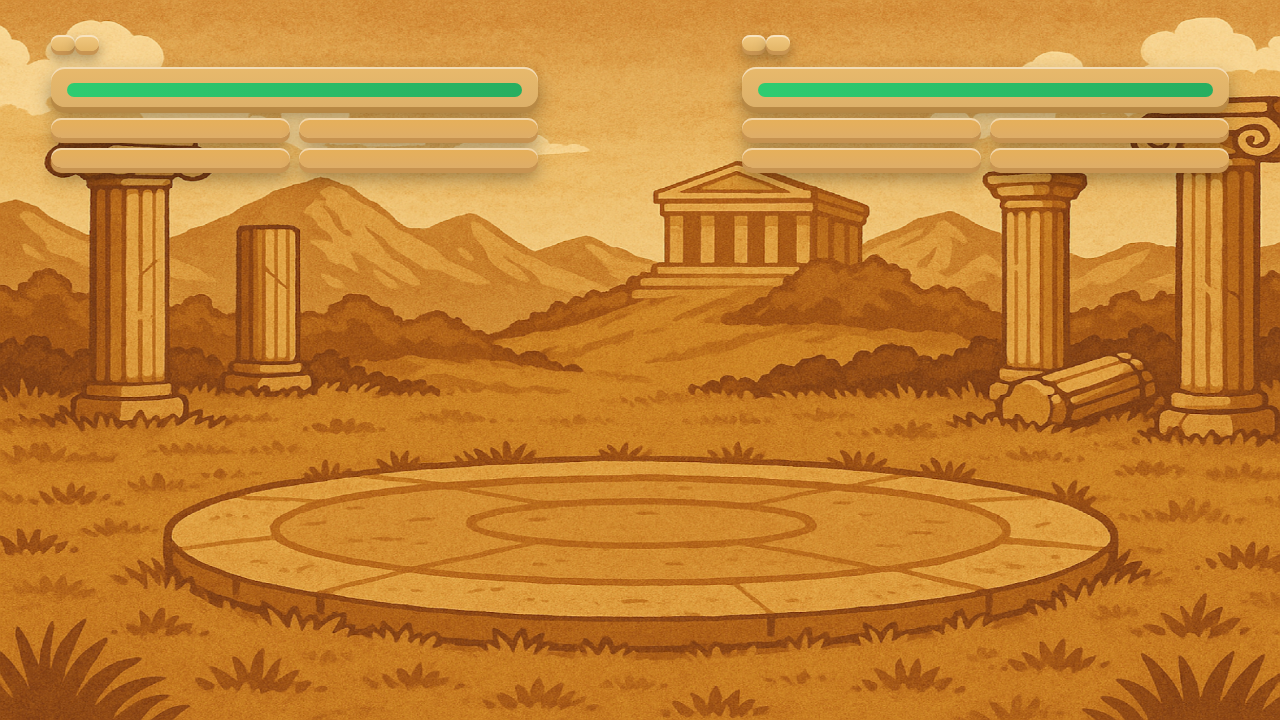
Repository: brianabariteau/Web-1-Final-Project-2025
Page: features/game/game.html
The author's editor kept a copy of each file at every save. The page is drawn from the files as they stood at one save, then again after the next save.
The browser window is 1280 px wide. The pictures show the whole page.
Some web fonts or font styles are not loaded; a fallback is used.

Above is the page before, as saved 2025-12-23 18:29:26.

### features/game/game.html
<!DOCTYPE html>
<html lang="en">
  <head>
    <meta charset="UTF-8" />
    <meta name="viewport" content="width=device-width, initial-scale=1.0" />
    <title>MythoBattle Game</title>
    <link
      rel="icon"
      type="image/x-icon"
      href="../../assets/characters/zeus.png"
    />
    <script type="module" defer src="./game.js"></script>
    <link rel="stylesheet" href="./game.css" />
    <script
      src="https://code.jquery.com/jquery-3.7.1.min.js"
      integrity="sha256-/JqT3SQfawRcv/BIHPThkBvs0OEvtFFmqPF/lYI/Cxo="
      crossorigin="anonymous"
    ></script>
    <link
      href="https://fonts.googleapis.com/css2?family=Jersey+25&display=swap"
      rel="stylesheet"
    />
  </head>
  <body></body>
</html>

### features/game/game.js
"use strict";

import { CHARACTER_MOVES } from "../../constants/character-movesets.js";
let mode = localStorage.getItem("mode");
let player1Character = JSON.parse(localStorage.getItem("player1Character"));
let player2Character = JSON.parse(localStorage.getItem("player2Character"));

// * Functions
function renderCharacterHealth(character) {
  return `
    <div class="character">
      <div class="inner-character">
        <h1>${character.name}</h1> NAME
        <h2>${character.hp}</h2> HEALTH
      </div>
    </div>
  `;
}

function renderCharacterAbilities(character) {
  return `
    <div class="character">
      <div class="inner-character">
        <p>${CHARACTER_MOVES[character.name].ability1name}</p> ABILITY 1
        <p>${CHARACTER_MOVES[character.name].ability2name}</p> ABILITY 2
      </div>
    </div>
  `;
}

function updateGameDisplay() {
  if (!Array.isArray(characters) || characters.length === 0) return;

  // ? Player 1
  player1Name.text(player1Name.name);
  player1Move1.text(CHARACTER_MOVES[player1Name].move1name);
  player1Move2.text(CHARACTER_MOVES[player1Name].move2name);
  player1Move3.text(CHARACTER_MOVES[player1Name].move3name);
  player1Move4.text(CHARACTER_MOVES[player1Name].move4name);
  player1ability1.text(CHARACTER_MOVES[player1Name].ability1name);
  player1ability2.text(CHARACTER_MOVES[player1Name].ability2name);

  // ? Player 2
  player2Name.text(player2Name.name);
  player2Move1.text(CHARACTER_MOVES[player2Name].move1name);
  player2Move2.text(CHARACTER_MOVES[player2Name].move2name);
  player2Move3.text(CHARACTER_MOVES[player2Name].move3name);
  player2Move4.text(CHARACTER_MOVES[player2Name].move4name);
  player2ability1.text(CHARACTER_MOVES[player2Name].ability1name);
  player2ability2.text(CHARACTER_MOVES[player2Name].ability2name);
}

async function loadCharacters() {
  characters.push(player1Character, player2Character);
  updateGameDisplay();
}

// * The Background Image
const background = $("<img>")
  .addClass("background")
  .attr("src", "./assets/battle-background.png")
  .attr("alt", "Background");

// * Player 1
// ? Character Icon
const player1Icon = $("<img>").addClass("player1-icon");

// ! Battle Buttons + Progress
const player1battle = $("<div>").addClass("player1-battle");

// ? Name + Healthbar
const player1Name = $("<div>").addClass("player1-name");
const player1Health = $("<div>").addClass("player1-health");

$(player1Name).append(player1Health);

// ? Movesets
const player1Moves = $("<div>").addClass("player1-moves");
const player1Move1 = $("<button>").addClass("moves");
const player1Move2 = $("<button>").addClass("moves");
const player1Move3 = $("<button>").addClass("moves");
const player1Move4 = $("<button>").addClass("moves");

$(player1Moves).append(player1Move1, player1Move2, player1Move3, player1Move4);

// ? Abilities
const player1Abilities = $("<div>").addClass("player1-abilities");
const player1ability1 = $("<button>").addClass("player1-ability1");
const player1ability2 = $("<button>").addClass("player1-ability2");
$(player1Abilities).append(player1ability1, player1ability2);

$(player1battle).append(player1Abilities, player1Name, player1Moves);

// * Player 2
// ? Character Icon
const player2Icon = $("<img>").addClass("player-2-icon");

// ! Battle Buttons + Progress
const player2battle = $("<div>").addClass("player2-battle");

// ? Name + Healthbar
const player2Name = $("<div>").addClass("player2-name");
const player2Health = $("<div>").addClass("player2-health");

$(player2Name).append(player2Health);

// ? Movesets
const player2Moves = $("<div>").addClass("player1-moves");
const player2Move1 = $("<button>").addClass("moves");
const player2Move2 = $("<button>").addClass("moves");
const player2Move3 = $("<button>").addClass("moves");
const player2Move4 = $("<button>").addClass("moves");

$(player2Moves).append(player2Move1, player2Move2, player2Move3, player2Move4);

// ? Abilities
const player2Abilities = $("<div>").addClass("player2-abilities");
const player2ability1 = $("<button>").addClass("player2-ability1");
const player2ability2 = $("<button>").addClass("player2-ability2");
$(player2Abilities).append(player2ability1, player2ability2);

$(player2battle).append(player2Abilities, player2Name, player2Moves);

$("body").append(
  background,
  player1Icon,
  player2Icon,
  player1battle,
  player2battle
);

### features/game/game.css
/* ───────────── BASE ───────────── */

body {
  margin: 0;
  width: 100vw;
  height: 100vh;
  overflow: hidden;

  font-family: "Jersey 25", sans-serif;

  display: grid;
  grid-template-columns: 1fr 1fr;
  grid-template-rows: auto 1fr auto;
  align-items: center;
  justify-items: center;
}

/* ───────────── BACKGROUND ───────────── */

.background {
  position: fixed;
  inset: 0;
  width: 100%;
  height: 100%;
  z-index: -1;
}

/* ───────────── PLAYER SPRITES ───────────── */

.player1-icon,
.player-2-icon {
  position: absolute;
  bottom: 18%;
  width: 120px;
  image-rendering: pixelated;
}

.player1-icon {
  left: 20%;
}

.player-2-icon {
  right: 20%;
}

/* ───────────── BATTLE PANELS ───────────── */

.player1-battle,
.player2-battle {
  position: absolute;
  top: 4%;
  width: 38%;

  display: grid;
  grid-template-rows: auto auto auto;
  row-gap: 0.7rem;

  align-items: center;
}

.player1-battle {
  left: 4%;
}

.player2-battle {
  right: 4%;
}

/* ───────────── NAME + HEALTH ───────────── */

.player1-name,
.player2-name {
  background: linear-gradient(to bottom, #e8b96b, #ddb16a);
  border-radius: 14px;
  padding: 10px 16px;

  box-shadow: inset 0 2px 0 rgba(255, 255, 255, 0.5), 0 6px 0 #b88945,
    0 10px 20px rgba(0, 0, 0, 0.35);

  color: #6b3f18;
  text-shadow: 1px 1px #f3d8a8;

  font-size: 1.6rem;
  letter-spacing: 2px;
}

/* Health bar container */
.player1-health,
.player2-health {
  margin-top: 6px;
  height: 14px;
  border-radius: 10px;
  background: #4b2d12;
  overflow: hidden;
}

/* Actual HP fill */
.player1-health::after,
.player2-health::after {
  content: "";
  display: block;
  height: 100%;
  width: 100%; /* change dynamically in JS later */
  background: linear-gradient(to right, #2ecc71, #27ae60);
}

/* ───────────── MOVES GRID ───────────── */

.player1-moves,
.player2-moves {
  display: grid;
  grid-template-columns: 1fr 1fr;
  gap: 0.6rem;
}

/* Ability buttons */
.moves {
  background: linear-gradient(to bottom, #e7b058, #dead68);
  border: none;
  border-radius: 14px;

  padding: 10px 14px;
  font-size: 1.2rem;
  letter-spacing: 1px;
  color: #6b3f18;
  text-shadow: 1px 1px #f3d8a8;

  cursor: pointer;

  box-shadow: inset 0 2px 0 rgba(255, 255, 255, 0.5), 0 5px 0 #c89451,
    0 10px 18px rgba(0, 0, 0, 0.35);

  transition: transform 0.12s ease, box-shadow 0.12s ease;
}

.moves:hover {
  filter: brightness(1.05);
  box-shadow: inset 0 2px 0 rgba(255, 255, 255, 0.6), 0 5px 0 #c89451,
    0 0 12px rgba(255, 210, 130, 0.7);
}

.moves:active {
  transform: translateY(4px);
  box-shadow: inset 0 2px 0 rgba(255, 255, 255, 0.4), 0 2px 0 #c89451;
}

/* ───────────── ABILITY BUTTONS ───────────── */

.player1-abilities button,
.player2-abilities button {
  flex: 1;

  background: linear-gradient(to bottom, #f2c980, #e3b567);
  border: none;
  border-radius: 14px;

  padding: 8px 12px;

  font-family: "Jersey 25", sans-serif;
  font-size: 1.05rem;
  letter-spacing: 1px;

  color: #6b3f18;
  text-shadow: 1px 1px #f3d8a8;

  cursor: default; /* abilities usually passive */
  white-space: nowrap;

  box-shadow: inset 0 2px 0 rgba(255, 255, 255, 0.5), 0 4px 0 #c89451,
    0 8px 14px rgba(0, 0, 0, 0.35);

  transition: filter 0.15s ease, transform 0.15s ease;
}

/* Optional: subtle emphasis */
.player1-abilities button:hover,
.player2-abilities button:hover {
  filter: brightness(1.05);
}

/* Optional: disabled/passive look */
.player1-abilities button:disabled,
.player2-abilities button:disabled {
  opacity: 0.85;
}

.player1-abilities,
.player2-abilities {
  margin-bottom: 0.3rem;
}

.ability-active {
  box-shadow: inset 0 2px 0 rgba(255, 255, 255, 0.6),
    0 0 14px rgba(255, 215, 120, 0.9);
}

/* ───────────── MOBILE ADJUSTMENTS ───────────── */

@media (max-width: 900px) {
  .player1-battle,
  .player2-battle {
    width: 90%;
    left: 5%;
    right: 5%;
  }

  .player1-icon,
  .player-2-icon {
    width: 90px;
    bottom: 10%;
  }

  .player1-icon {
    left: 10%;
  }

  .player-2-icon {
    right: 10%;
  }
}

### constants/character-movesets.js
import { CUSTOM_STATS } from "./characters.js";

export const CHARACTER_MOVES = {
  Zeus: {
    move1name: "Thunderbolt Wrath",
    move2name: "Skybreaker Slam",
    move3name: "Stormcaller Command",
    move4name: "God of Thunder",
    move1effects() {},
    move2effects() {},
    move3effects() {},
    move4effects() {},
    ability1name: "Sky/Lightning",
    ability2name: "King's Wrath",
    ability1effect() {},
    ability2effect() {},
  },
};

### constants/characters.js
export const SPECIFIC_CHARACTERS = [
  "Zeus",
  "Athena",
  "Hestia",
  "Apollo",
  "Artemis",
  "Poseidon",
  "Hades",
  "Demeter",
  "Aphrodite",
  "Hera",
  "Dionysus",
  "Ares",
  "Hephaestus",
  "Persephone",
  "Hermes",
  "Nyx",
  "Hypnos",
  "Thanatos",
  "Morpheus",
  "Asclepius",
];

export const CUSTOM_SPRITES = {
  Zeus: "../../assets/characters/zeus.png",
  Athena: "../../assets/characters/athena.png",
  Hestia: "../../assets/characters/hestia.png",
  Apollo: "../../assets/characters/apollo.png",
  Artemis: "../../assets/characters/artemis.png",
  Poseidon: "../../assets/characters/poseidon.png",
  Hades: "../../assets/characters/hades.png",
  Demeter: "../../assets/characters/demeter.png",
  Aphrodite: "../../assets/characters/aphrodite.png",
  Hera: "../../assets/characters/hera.png",
  Dionysus: "../../assets/characters/dionysus.png",
  Ares: "../../assets/characters/ares.png",
  Hephaestus: "../../assets/characters/hephaestus.png",
  Persephone: "../../assets/characters/persephone.png",
  Hermes: "../../assets/characters/hermes.png",
  Nyx: "../../assets/characters/nyx.png",
  Hypnos: "../../assets/characters/hypnos.png",
  Thanatos: "../../assets/characters/thanatos.png",
  Morpheus: "../../assets/characters/morpheus.png",
  Asclepius: "../../assets/characters/asclepius.png",
};

export const CUSTOM_STATS = {
  Zeus: {
    tier: "Tier 1",
    tierName: "The Big Three",
    hp: 150,
    attack: 110,
    defense: 95,
    speed: 120,
    power: 150,
    resilience: 100,
    stamina: 110,
    domainMastery: "Sky/Lightning",
    masteryDesc: "+25% electric damage",
    specialTrait: "King's Wrath",
    traitDesc: "10% chance to smite enemy for bonus true damage",
  },
  Athena: {
    tier: "Tier 3",
    tierName: "Middle Olympians",
    hp: 140,
    attack: 100,
    defense: 120,
    speed: 105,
    power: 115,
    resilience: 130,
    stamina: 110,
    domainMastery: "Wisdom/Strategy",
    masteryDesc: "Team defense +10%",
    specialTrait: "Perfect Counter",
    traitDesc: "30% chance to auto-block melee attacks",
  },
  Hestia: {
    tier: "Tier 2",
    tierName: "Elder Olympians",
    hp: 140,
    attack: 80,
    defense: 120,
    speed: 85,
    power: 110,
    resilience: 130,
    stamina: 150,
    domainMastery: "Hearth Fire",
    masteryDesc: "Healing + burn damage boosts",
    specialTrait: "Warmth of Home",
    traitDesc: "Grants minor healing each turn to allies",
  },
  Apollo: {
    tier: "Tier 3",
    tierName: "Middle Olympians",
    hp: 130,
    attack: 95,
    defense: 80,
    speed: 125,
    power: 140,
    resilience: 90,
    stamina: 110,
    domainMastery: "Light/Music",
    masteryDesc: "+20% light damage",
    specialTrait: "Prophetic Strike",
    traitDesc: "First attack always crits",
  },
  Artemis: {
    tier: "Tier 3",
    tierName: "Middle Olympians",
    hp: 120,
    attack: 110,
    defense: 85,
    speed: 135,
    power: 105,
    resilience: 95,
    stamina: 115,
    domainMastery: "Moon/Hunt",
    masteryDesc: "+25% crit chance on moving targets",
    specialTrait: "Hunter's Mark",
    traitDesc: "First hit on any enemy does bonus damage",
  },
  Poseidon: {
    tier: "Tier 1",
    tierName: "The Big Three",
    hp: 160,
    attack: 115,
    defense: 110,
    speed: 100,
    power: 140,
    resilience: 120,
    stamina: 115,
    domainMastery: "Sea",
    masteryDesc: "+20% water damage, +30% damage when fighting near water",
    specialTrait: "Tidal Fury",
    traitDesc: "Consecutive attacks increase in damage",
  },
  Hades: {
    tier: "Tier 1",
    tierName: "The Big Three",
    hp: 170,
    attack: 95,
    defense: 140,
    speed: 80,
    power: 130,
    resilience: 150,
    stamina: 90,
    domainMastery: "Underworld",
    masteryDesc: "+30% damage vs undead/fear/sleep",
    specialTrait: "Soul Drain",
    traitDesc: "Steals HP on hit (5% of damage dealt)",
  },
  Demeter: {
    tier: "Tier 2",
    tierName: "Elder Olympians",
    hp: 145,
    attack: 85,
    defense: 115,
    speed: 80,
    power: 125,
    resilience: 110,
    stamina: 130,
    domainMastery: "Harvest",
    masteryDesc: "+20% regeneration, +25% poison resistance",
    specialTrait: "Fallow Curse",
    traitDesc: "Can reduce enemy Attack temporarily",
  },
  Aphrodite: {
    tier: "Tier 4",
    tierName: "Younger Olympians",
    hp: 120,
    attack: 70,
    defense: 80,
    speed: 110,
    power: 115,
    resilience: 85,
    stamina: 100,
    domainMastery: "Charm",
    masteryDesc: "25% chance enemies skip turn",
    specialTrait: "Irresistible Aura",
    traitDesc: "First strike against her does half damage",
  },
  Hera: {
    tier: "Tier 2",
    tierName: "Elder Olympians",
    hp: 150,
    attack: 90,
    defense: 120,
    speed: 90,
    power: 125,
    resilience: 120,
    stamina: 120,
    domainMastery: "Queenship",
    masteryDesc: "Team buffs stronger by 20%",
    specialTrait: "Divine Authority",
    traitDesc: "Immune to charm and can reflect debuffs",
  },
  Dionysus: {
    tier: "Tier 4",
    tierName: "Younger Olympians",
    hp: 130,
    attack: 85,
    defense: 85,
    speed: 95,
    power: 120,
    resilience: 90,
    stamina: 130,
    domainMastery: "Madness",
    masteryDesc: "Debuffs 20% stronger",
    specialTrait: "Ecstatic Frenzy",
    traitDesc: "Random buffs each turn",
  },
  Ares: {
    tier: "Tier 3",
    tierName: "Middle Olympians",
    hp: 150,
    attack: 145,
    defense: 100,
    speed: 110,
    power: 95,
    resilience: 100,
    stamina: 120,
    domainMastery: "War",
    masteryDesc: "+15% damage per hit taken",
    specialTrait: "Bloodlust",
    traitDesc: "Attack increases each time he deals damage",
  },
  Hephaestus: {
    tier: "Tier 4",
    tierName: "Younger Olympians",
    hp: 140,
    attack: 130,
    defense: 135,
    speed: 65,
    power: 115,
    resilience: 110,
    stamina: 100,
    domainMastery: "Forge",
    masteryDesc: "+20% damage with crafted weapons",
    specialTrait: "Molten Skin",
    traitDesc: "Reduces fire damage to 0",
  },
  Persephone: {
    tier: "Tier 5",
    tierName: "Minor Gods",
    hp: 125,
    attack: 75,
    defense: 90,
    speed: 95,
    power: 110,
    resilience: 100,
    stamina: 120,
    domainMastery: "Spring/Underworld",
    masteryDesc: "Alternating form bonuses",
    specialTrait: "Dual Aspect",
    traitDesc: "Stats change each season (Spring boost/Underworld boost)",
  },
  Hermes: {
    tier: "Tier 4",
    tierName: "Younger Olympians",
    hp: 115,
    attack: 90,
    defense: 75,
    speed: 160,
    power: 100,
    resilience: 80,
    stamina: 140,
    domainMastery: "Speed/Trickery",
    masteryDesc: "+20% dodge",
    specialTrait: "Swift Step",
    traitDesc: "Gains an extra small action each turn",
  },
  Nyx: {
    tier: "Tier 0",
    tierName: "Primordial",
    hp: 170,
    attack: 100,
    defense: 120,
    speed: 110,
    power: 160,
    resilience: 140,
    stamina: 120,
    domainMastery: "Night/Void",
    masteryDesc: "+30% shadow damage, +20% evasion in darkness",
    specialTrait: "Primordial Aura",
    traitDesc: "Debuffs have double duration; immune to Sleep and Fear",
  },
  Hypnos: {
    tier: "Tier 5",
    tierName: "Minor Gods",
    hp: 110,
    attack: 60,
    defense: 75,
    speed: 70,
    power: 120,
    resilience: 95,
    stamina: 130,
    domainMastery: "Sleep",
    masteryDesc: "+30% chance to inflict sleep",
    specialTrait: "Dream Veil",
    traitDesc: "20% damage reduction from melee",
  },
  Thanatos: {
    tier: "Tier 5",
    tierName: "Minor Gods",
    hp: 115,
    attack: 90,
    defense: 85,
    speed: 120,
    power: 100,
    resilience: 110,
    stamina: 100,
    domainMastery: "Death",
    masteryDesc: "Kills low-HP enemies instantly",
    specialTrait: "Reaper's Touch",
    traitDesc: "Critical hits do double true damage",
  },
  Morpheus: {
    tier: "Tier 5",
    tierName: "Minor Gods",
    hp: 105,
    attack: 70,
    defense: 80,
    speed: 100,
    power: 125,
    resilience: 85,
    stamina: 110,
    domainMastery: "Dreams",
    masteryDesc: "Illusions reduce enemy accuracy",
    specialTrait: "Shifting Form",
    traitDesc: "15% chance to avoid attacks entirely",
  },
  Asclepius: {
    tier: "Tier 5",
    tierName: "Minor Gods",
    hp: 120,
    attack: 50,
    defense: 85,
    speed: 90,
    power: 135,
    resilience: 110,
    stamina: 150,
    domainMastery: "Healing",
    masteryDesc: "+30% healing power",
    specialTrait: "Miracle Touch",
    traitDesc: "Once per battle revive ally to 30% HP",
  },
};

After the next save:
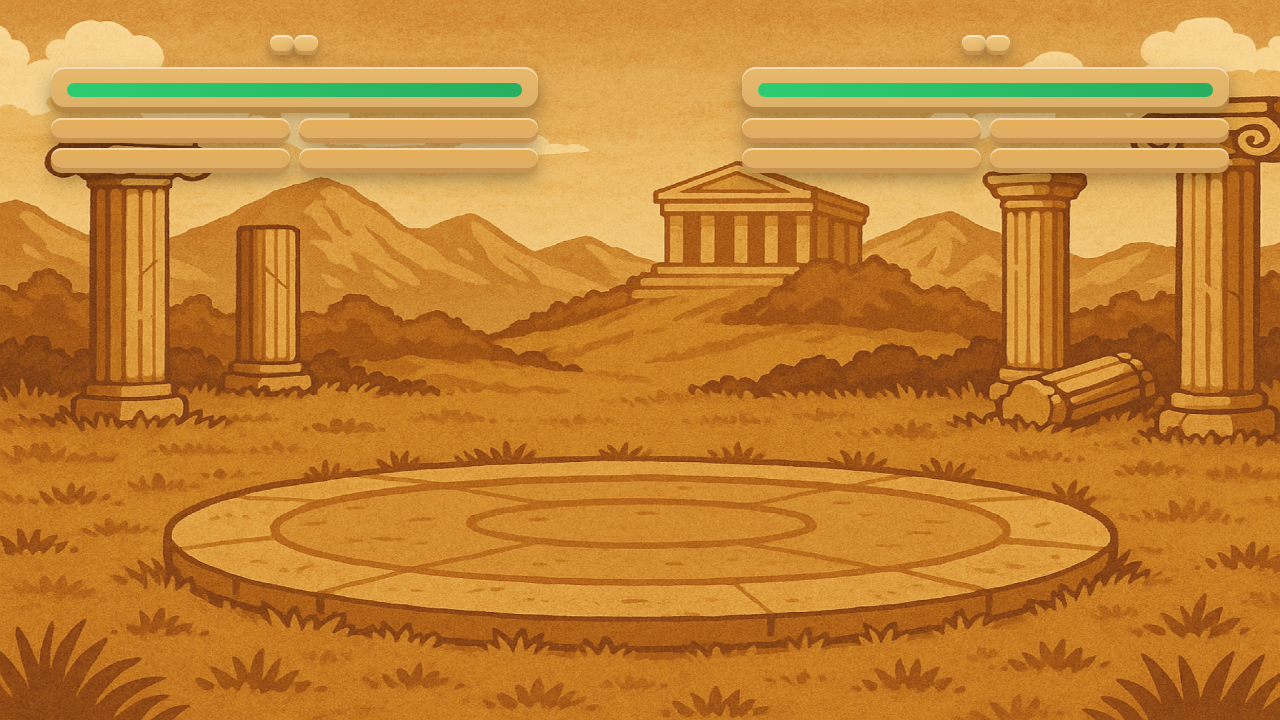
Saved 21 s later.
--- a/features/game/game.css
+++ b/features/game/game.css
@@ -187,6 +187,8 @@ body {
 .player1-abilities,
 .player2-abilities {
   margin-bottom: 0.3rem;
+  grid-row: 1;
+  justify-self: center;
 }
 
 .ability-active {
